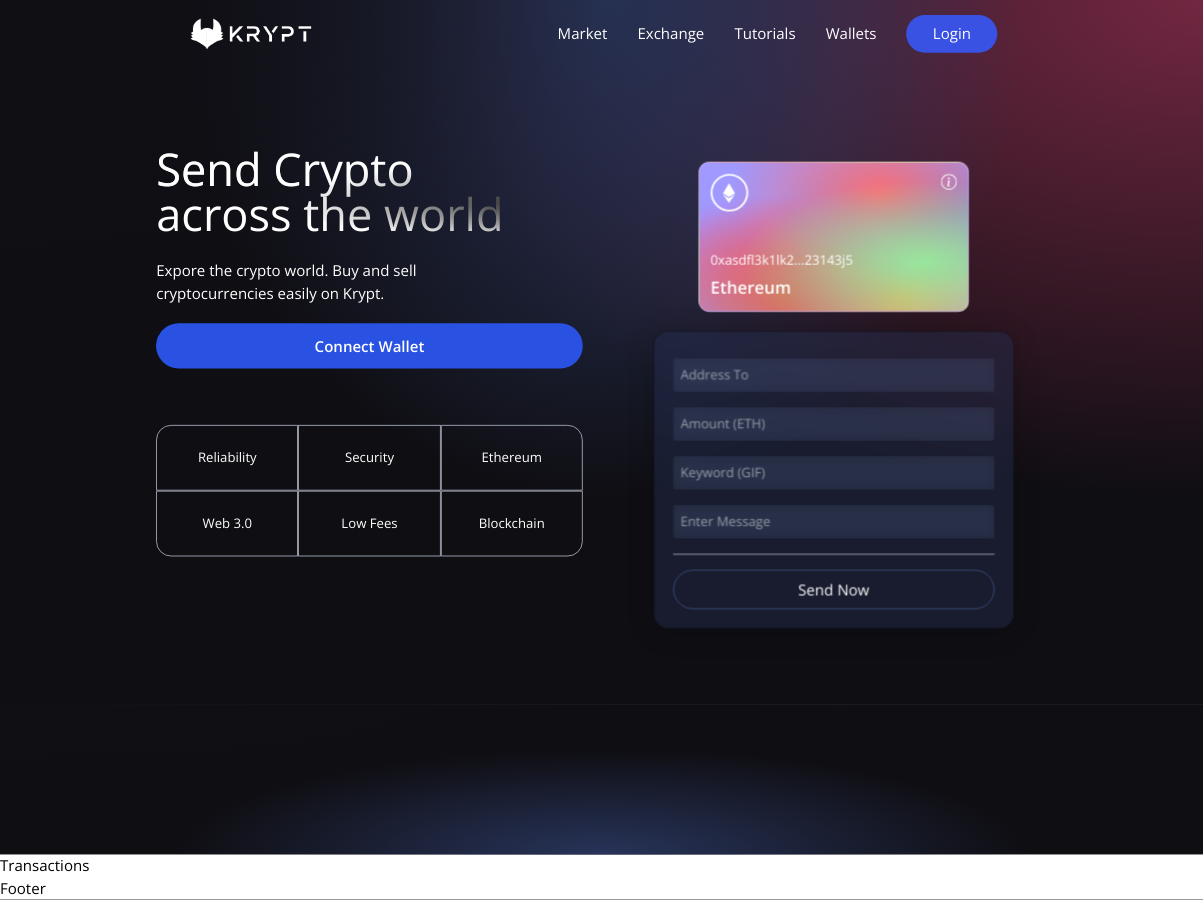
Repository: stephan-chiorean/krypt
Page: / (app in client/)
These files come from the project's save history. The page is drawn as it stood at one moment and after the next save; the edit follows.
The browser window is 1280 px wide. The pictures show the whole page, at 94% of full size.
The project was rebuilt for these pictures with package versions that can differ from the ones it lists, and the page was loaded fresh each time. Also part of the build but not shown: client/vite.config.js, client/src/components/Loader.jsx.

Above is the page before, as saved 2023-03-29 19:05:40.

After the next save:
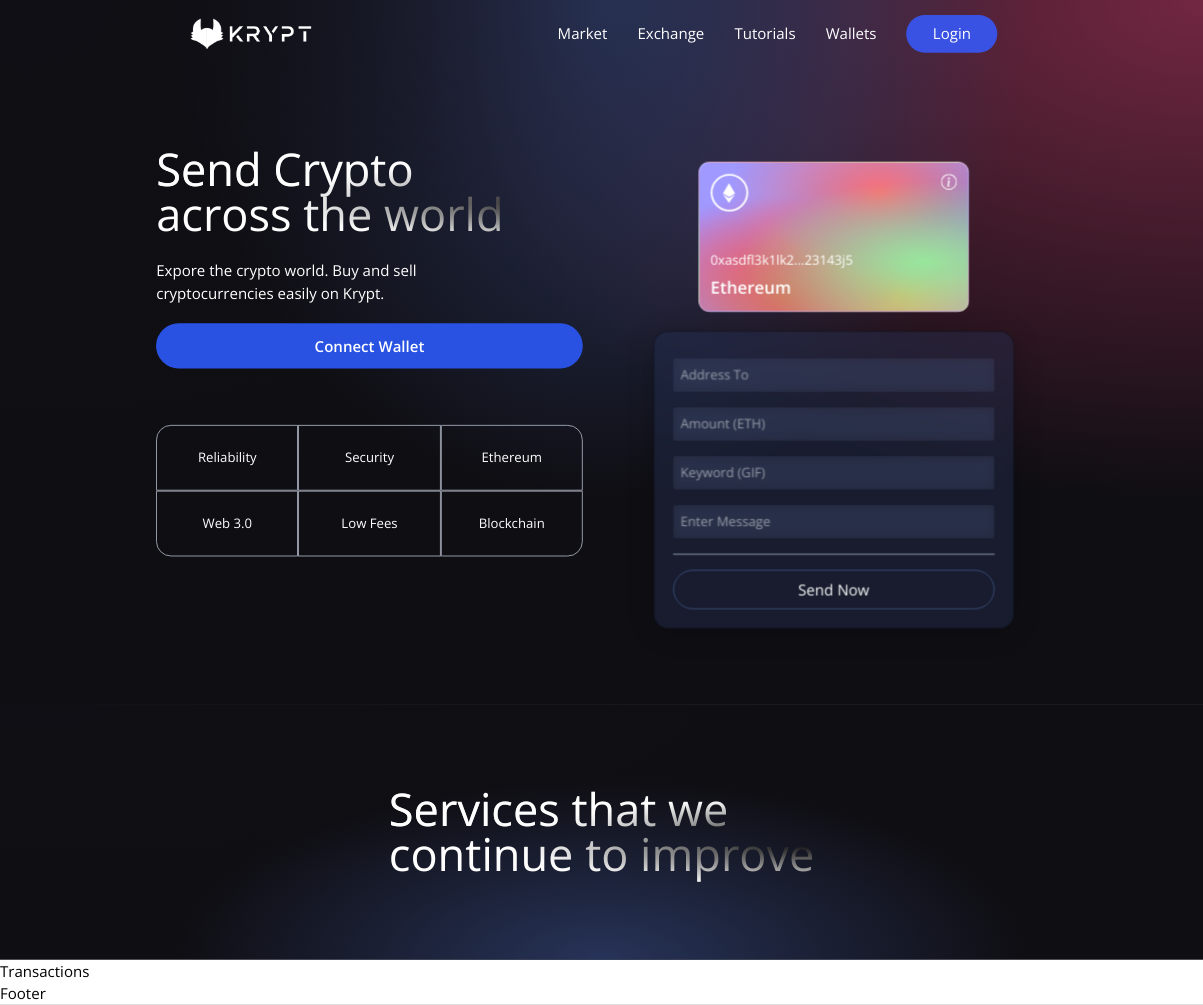
Saved 83 s later.
--- a/client/src/components/Services.jsx
+++ b/client/src/components/Services.jsx
@@ -6,6 +6,14 @@ export default() => {
   return (
     <div className="flex w-full justify-center items-center gradient-bg-services">
       <div className="flex md:flex-row flex-col items-center justify-between md:p-20 py-12 px-4">
+        <div className="flex-1 flex flex-col justify-start items-start">
+          <h1 className="text-white text-3xl sm:text-5xl py-2 text-gradient">
+            Services that we
+            <br />
+            continue to improve
+          </h1>
+
+        </div>
 
       </div>
 
